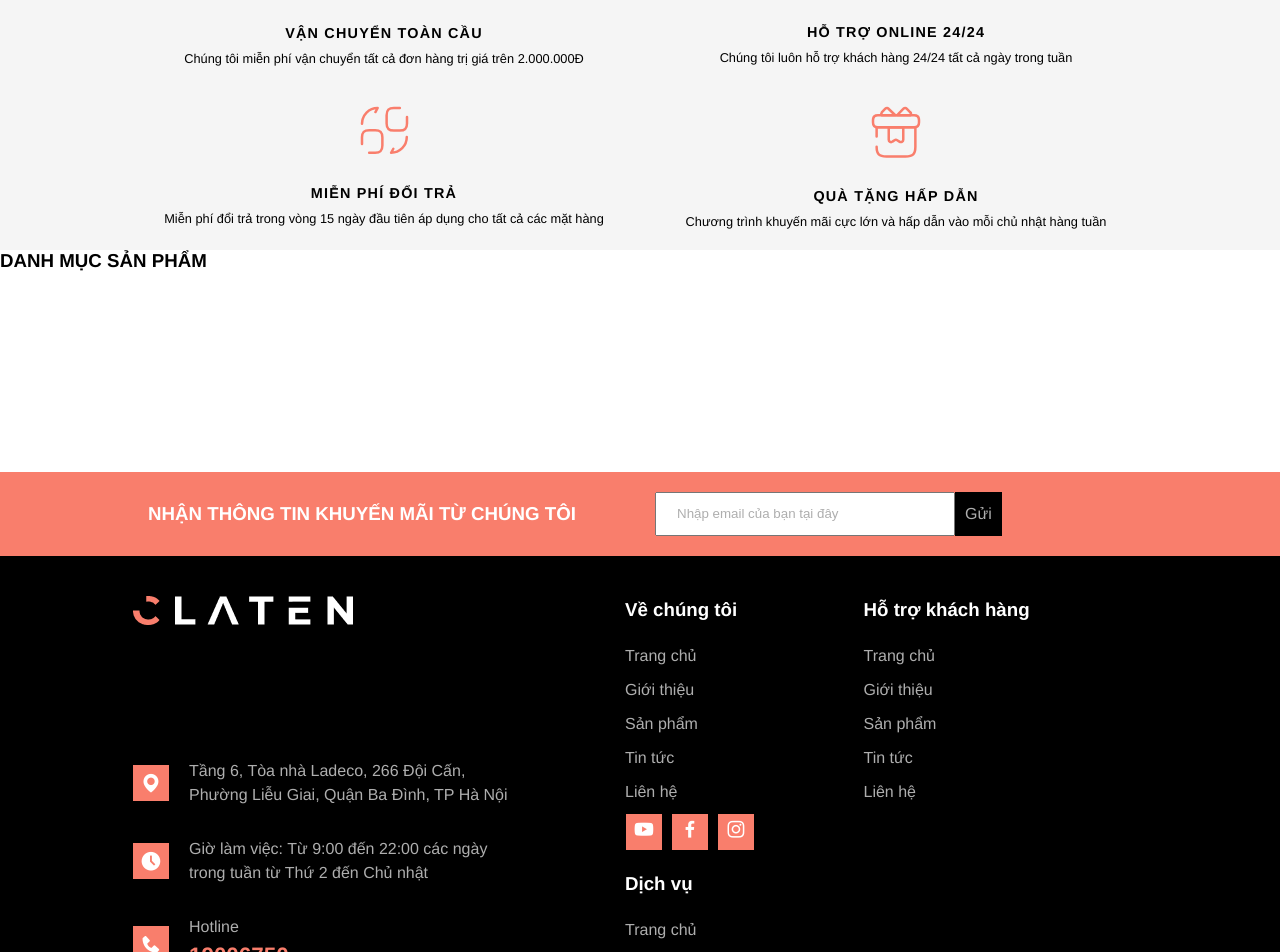
Repository: RennoPMXK/doan
Page: index.html
The author's editor kept a copy of each file at every save. The page is drawn from the files as they stood at one save, then again after the next save.
The browser window is 1280 px wide. The pictures show the part of the page from y = 645 to 1597 px (the page is 1743 px tall before and 1783 px after).

Above is the page before, as saved 2021-11-16 20:19:48.

### index.html
<!DOCTYPE html>
<html lang="en">
<head>
    <meta charset="UTF-8">
    <meta http-equiv="X-UA-Compatible" content="IE=edge">
    <meta name="viewport" content="width=device-width, initial-scale=1.0">
    <title>Document</title>
    <link rel="stylesheet" href="./grid.css">
    <link rel="stylesheet" href="./style.css">
    <link rel="stylesheet" href="./responsible.css">
    <link href='https://unpkg.com/boxicons@2.0.9/css/boxicons.min.css' rel='stylesheet'>
</head>
<body>
    <div class="navbar">
        <div class="navbar-wrapper">
            <a class="logo">
                <img src="./img/logo.png" alt="">
            </a>

            <div class="navbar-menu mobile-menu">
                <i class='bx bx-x mobile-close-icon'></i>
                <li class="navbar-menu-item"><a class = 'active' href="#">Trang chủ</a></li>
                <li class="navbar-menu-item"><a href="#">Giới thiệu</a></li>
                <li class="navbar-menu-item"><a href="#">Sản phẩm <i class='bx bxs-down-arrow navbar-menu-icon'></i></a>
                    <ul class="navbar-sub-menu">
                        <li class="navbar-sub-menu-item"><a href="">Đồng hồ nam</a></li>
                        <li class="navbar-sub-menu-item"><a href="">Đồng hồ nữ</a></li>
                        <li class="navbar-sub-menu-item"><a href="">Đồng hồ mới về</a></li>
                        <li class="navbar-sub-menu-item"><a href="">Phụ kiện nam</a></li>
                        <li class="navbar-sub-menu-item"><a href="">Phụ kiện nữ</a></li>
                    </ul>
                </li>
                <li class="navbar-menu-item"><a href="#">Tin tức</a></li>
                <li class="navbar-menu-item"><a href="#">Liên hệ</a></li>
            </div>

            <div class="navbar-icon">
                 <li class="navbar-icon-item"><a href=""><i class='bx bx-search-alt'></i></a></li>
                 <li class="navbar-icon-item"><a href=""><i class='bx bx-user'></i></a></li>
                 <li class="navbar-icon-item"><a href="#"><i class='bx bx-shopping-bag bx-tada ' ></i></a></li>
                 <li class="navbar-icon-item"><a href="#"><i class='bx bx-menu-alt-right menu-icon'></i></a></li>

            </div>
        </div>
        <div class="modal"></div>
    </div>

    <div class="hero-section">

             <div class="bgimg slide-item fade" style="background-image: url(./img/1a\(32\).jpg)">
                 <div class="caption">
                     <h2 class="top-down delay-2">
                        ĐỒNG HỒ ROLEX

                     </h2>

                     <p class="top-down delay-4">
                       Lorem ipsum dolor sit amet consectetur adipisicing elit. Aut eligendi voluptates enim tempora cupiditate ex minus aperiam impedit maxime nam. Sunt neque amet veniam vitae adipisci impedit aliquam officia hic.
                     </p>

                     <button class="top-down delay-6">
                         MUA NGAY
                     </button>
                 </div>

             </div>


             <div class="bgimg slide-item fade" style="background-image: url(./img/dong-ho-thoi-trang-rolex-banner.jpg)">
                <div class="caption">
                    <h2>
                        ĐỒNG HỒ ROLEX
                    </h2>

                    <p>
                        Lorem ipsum dolor sit amet consectetur adipisicing elit. Aut eligendi voluptates enim tempora cupiditate ex minus aperiam impedit maxime nam. Sunt neque amet veniam vitae adipisci impedit aliquam officia hic.
                    </p>

                    <button>
                        MUA NGAY
                    </button>
                </div>

             </div>


             <div class="bgimg slide-item fade" style="background-image: url(./img/Banchay_Longines_banner-1024x427.jpg)">
                <div class="caption">
                    <h2>
                        ĐỒNG HỒ ROLEX
                    </h2>

                    <p>
                        Lorem ipsum dolor sit amet consectetur adipisicing elit. Aut eligendi voluptates enim tempora cupiditate ex minus aperiam impedit maxime nam. Sunt neque amet veniam vitae adipisci impedit aliquam officia hic.
                    </p>

                    <button>
                        MUA NGAY
                    </button>
                </div>

             </div>


             <div class="slide-control">
                <div class="slide-control-wrapper">
                    <span class="dot" onclick="chooseSlide(0)"></span>
                    <span class="dot"  onclick="chooseSlide(1)"></span>
                    <span class="dot" onclick="chooseSlide(2)" ></span>

                </div>
             </div>

    </div>

    <div class="hero-section-mini ">
        <div class="container row">
            <div class="hero-section-mini-item col-3 col-md-6 col-sm-6">
                <img src="./img/icon_service_1.svg" alt="">
                 <h3>VẬN CHUYỂN TOÀN CẦU</h3>
                 <p>Chúng tôi miễn phí vận chuyển tất cả đơn hàng trị giá trên 2.000.000Đ</p>
            </div>

            <div class="hero-section-mini-item col-3 col-md-6 col-sm-6">
               <img src="./img/icon_service_2.svg" alt="">
                <h3>HỖ TRỢ ONLINE 24/24</h3>
                <p>Chúng tôi luôn hỗ trợ khách hàng 24/24 tất cả ngày trong tuần</p>
           </div>

           <div class="hero-section-mini-item col-3 col-md-6 col-sm-6">
               <img src="./img/icon_service_3.svg" alt="">
                <h3>MIỄN PHÍ ĐỔI TRẢ</h3>
                <p>Miễn phí đổi trả trong vòng 15 ngày đầu tiên áp dụng cho tất cả các mặt hàng</p>
           </div>

           <div class="hero-section-mini-item col-3 col-md-6 col-sm-6">
               <img src="./img/icon_service_4.svg" alt="">
                <h3>QUÀ TẶNG HẤP DẪN</h3>
                <p>Chương trình khuyến mãi cực lớn và hấp dẫn vào mỗi chủ nhật hàng tuần</p>
           </div>

        </div>
    </div>

    <section class="product-list">
        <div class="section-title">
            <h3>DANH MỤC SẢN PHẨM</h3>
            <div></div>
        </div>
    </section>

    <div class="footer">
        <div class="footer-contact">
            <div class="container">
                <div class= "footer-contact-content row">
                    <h3 class="col-6 col-md-6 col-sm-12">NHẬN THÔNG TIN KHUYẾN MÃI TỪ CHÚNG TÔI</h3>
                    <div class="form col-6 col-md-6 col-sm-12">
                        <input type="text" placeholder="Nhập email của bạn tại đây"><a href="">Gửi</a></input>

                    </div>

                </div>

            </div>

         </div>
        <div class="container">

            <div class="wrapper row ">
                <div class="footer-logo row col-5 col-md-6 col-sm-12">
                    <a class="footer-img">
                        <img src="./img/logo.png" alt="">
                    </a>

                    <ul class="footer-des">
                           <li class="footes-des-item">
                               <div class="footer-des-icon">
                                    <i class='bx bxs-map'></i>
                               </div>
                               <p>Tầng 6, Tòa nhà Ladeco, 266 Đội Cấn,<br> Phường Liễu Giai, Quận Ba Đình, TP Hà Nội</p>
                           </li>
                           <li class="footes-des-item">
                                <div class="footer-des-icon">
                                    <i class='bx bxs-time-five' ></i>
                                </div>
                               <p>Giờ làm việc: Từ 9:00 đến 22:00 các ngày <br>trong tuần từ Thứ 2 đến Chủ nhật</p>
                           </li>
                           <li class="footes-des-item">
                            <div class="footer-des-icon">
                                <i class='bx bxs-phone' ></i>
                             </div>
                               <p>Hotline<br>
                                   <span>19006750</span>
                               </p>
                           </li>
                    </ul>
                </div>

                <div class="footer-menu row col-7 col-md-6 col-sm-12">
                     <div class="footer-menu-item col-4 col-md-6 col-sm-12">
                         <h3>Về chúng tôi</h3>
                         <ul>
                            <li><a href="">Trang chủ</a></li>
                            <li><a href="">Giới thiệu</a></li>
                            <li><a href="">Sản phẩm</a></li>
                            <li><a href="">Tin tức</a></li>
                            <li><a href="">Liên hệ</a></li>
                         </ul>

                         <div class="footer-social">
                            <li><a href=""><i class='bx bxl-youtube' ></i></a></li>
                            <li><a href=""><i class='bx bxl-facebook' ></i></a></li>
                            <li><a href=""><i class='bx bxl-instagram' ></i></a></li>
                       </div>
                     </div>

                     <div class="footer-menu-item col-4 col-md-6 col-sm-12">
                        <h3>Hỗ trợ khách hàng</h3>
                        <ul>
                           <li><a href="">Trang chủ</a></li>
                           <li><a href="">Giới thiệu</a></li>
                           <li><a href="">Sản phẩm</a></li>
                           <li><a href="">Tin tức</a></li>
                           <li><a href="">Liên hệ</a></li>
                        </ul>
                    </div>

                    <div class="footer-menu-item col-4 col-md-6 col-sm-12">
                        <h3>Dịch vụ</h3>
                        <ul>
                           <li><a href="">Trang chủ</a></li>
                           <li><a href="">Giới thiệu</a></li>
                           <li><a href="">Sản phẩm</a></li>
                           <li><a href="">Tin tức</a></li>
                           <li><a href="">Liên hệ</a></li>
                        </ul>
                    </div>



                </div>


            </div>
        </div>
    </div>


    <script src="./app.js"></script>
</body>
</html>

### grid.css
.row {
    display: flex;
    flex-wrap: wrap;
    margin: 0 -15px;
}

[class*="col-"] {
    padding: 0 15px;
}

.col-1 {
    width: 8.33%;
}

.col-2 {
    width: 16.66%;
}

.col-3 {
    width: 25%;
}

.col-4 {
    width: 33.33%;
}

.col-5 {
    width: 41.66%;
}

.col-6 {
    width: 50%;
}

.col-7 {
    width: 58.33%;
}

.col-8 {
    width: 66.66%;
}

.col-9 {
    width: 75%;
}

.col-10 {
    width: 83.33%;
}

.col-11 {
    width: 91.66%;
}

.col-12 {
    width: 100%;
}

/* MEDIUM SCREEN */

@media only screen and (max-width: 1280px) {
    .col-md-1 {
        width: 8.33%;
    }

    .col-md-2 {
        width: 16.66%;
    }

    .col-md-3 {
        width: 25%;
    }

    .col-md-4 {
        width: 33.33%;
    }

    .col-md-5 {
        width: 41.66%;
    }

    .col-md-6 {
        width: 50%;
    }

    .col-md-7 {
        width: 58.33%;
    }

    .col-md-8 {
        width: 66.66%;
    }

    .col-md-9 {
        width: 75%;
    }

    .col-md-10 {
        width: 83.33%;
    }

    .col-md-11 {
        width: 91.66%;
    }

    .col-md-12 {
        width: 100%;
    }
}

/* SMALL SCREEN */

@media only screen and (max-width: 850px) {
    .col-sm-1 {
        width: 8.33%;
    }

    .col-sm-2 {
        width: 16.66%;
    }

    .col-sm-3 {
        width: 25%;
    }

    .col-sm-4 {
        width: 33.33%;
    }

    .col-sm-5 {
        width: 41.66%;
    }

    .col-sm-6 {
        width: 50%;
    }

    .col-sm-7 {
        width: 58.33%;
    }

    .col-sm-8 {
        width: 66.66%;
    }

    .col-sm-9 {
        width: 75%;
    }

    .col-sm-10 {
        width: 83.33%;
    }

    .col-sm-11 {
        width: 91.66%;
    }

    .col-sm-12 {
        width: 100%;
    }
}

### style.css
:root {
    --orangeprime : #F97E6C;
    --blackrgba : rgba(0, 0, 0, 0.945);
    --footer-color : #AEAEAE;
    --mini-hero-color : #f5f5f5;
}

html {
box-sizing: border-box;
}
*{
margin: 0;
padding: 0;
}
*,*:before,*:after {
box-sizing: border-box;
}
input,
textarea,
select,
button{
outline: none;
}
input{
line-height: normal;
}
label,
button{
cursor: pointer;
}
a {
text-decoration: none;

}
img {
display: block;

}

ul{
    list-style-type: none;
}

body {
    font-family: Montserrat,"Helvetica Neue",Helvetica;
}

span {
    color: var(--orangeprime);
    cursor: pointer;
    transition : all 0.3s linear;
    font-size: 1.4rem;
    font-weight: bold;
}

span:hover {
    color : white
}

li {
    list-style-type: none;
}

.container {
    margin : 0 auto;
    padding: 0 10%;
}
/* navbar */

.navbar {
    background-color: black;
    position: relative;

}

.navbar-wrapper {
   padding : 20px 0px;
   display: flex;
   align-items: center;
   justify-content: space-evenly;
}

.navbar-menu {
    display: flex;
    list-style-type: none;
}

.navbar-menu-icon {
    font-size: 0.5rem;
    transform: translateY(-2.5px);
    transition : 0.2s linear;
}

.navbar-menu-icon{
    transition: 0.2s ease-in-out;
}

.navbar-menu-icon.active {
    transform: rotate(-180deg);
}

.navbar-menu-item {
    position: relative;
}

.navbar-menu-item a.active {
    color: var(--orangeprime);
}

.navbar-menu-item ~ .navbar-menu-item {
    margin-left: 30px;
}

.navbar-menu-item a {
    color: white;
    font-size: 1rem;
    transition: 0.2s ease-in-out;
    letter-spacing: 1px;
}


.navbar-menu-item a:hover {
    color : var(--orangeprime);
}

.navbar-menu-item:nth-child(3) {
    position: relative;
}



.navbar-sub-menu{
    width: 150px;
    position: absolute;
    list-style-type: none;
    padding : 20px;
    background-color: var(--blackrgba);
    top: 30px;
    z-index: 100;
    display : none;
    transition: all 0.2s ease-in-out;
}


.navbar-menu-item:active .navbar-sub-menu {
    display : block;
    top: 30px;
}




.navbar-sub-menu-item {
   margin : 10px 0;
}

.navbar-sub-menu.active {
    display : block;
}

.navbar-sub-menu-item a {
    font-size: 0.8rem;
    letter-spacing: 1.2px;
}

.navbar-icon {
    display: flex;
    list-style-type: none;
}

.navbar-icon-item ~ .navbar-icon-item {
    margin-left: 25px;
}

.navbar-icon-item a {
    color : white;
    font-size: 1.5rem;
    transition: 0.2s ease-in-out;
}

.navbar-icon-item a:hover {
    color : var(--orangeprime);
}

.navbar-icon-item:last-child {
    display: none;
}

.mobile-close-icon {
    display: none;
}

/* section-hero */

.hero-section {
    position: relative;
    height: 70vh;
}


.bgimg {
    height: 100%;
    position: relative;
    background-position: center;
    background-repeat: no-repeat;
    background-size: cover;
    display: flex;
}

.bgimg::after {
    content : '\A';
    position : absolute;
    width: 100%;
    height : 100%;
    top: 0;
    left : 0;
    background-color: rgba(0, 0, 0, 0.8);
}

.caption {
    position: absolute;
    top: 48%;
    left: 25%;
    transform: translate(-50% , -50%) ;
    text-align: left;
    z-index: 10;
    width: 34.7%;
}

.caption h2 {
    line-height: 1.5;
    color: white;
    margin-bottom: 20px;
    text-transform: uppercase;
    font-size: 2.1rem;
    letter-spacing: 1.2px;
}

.caption p {
    text-align: left;
    color : white;
    font-size: 1.2rem;
    letter-spacing: 1.2px;
    line-height: 1.5;
}

.caption button {
    background-color: white;
    border: 1px solid  transparent;
    color : red;
    padding : 10px 40px;
    font-size: 16px;
    font-weight: bold;
    text-transform: uppercase;
    margin-top: 30px;
    transition : background-color 0.5s ease , color 0.5s ease , width 0.6s;
}

.caption button:hover {
    color : white;
    cursor: pointer;
    background-color:  red;
}

.caption button:focus {
    outline : none;
}

.dot {
    cursor: pointer;
    height: 10px;
    width: 10px;
    margin: 0 2px;
    background-color: white;
    border-radius: 5px;
    display: inline-block;
}

.dot:hover {
    background-color: red;
}

.dot.active {
    background-color: red;
    width: 30px;
}

.slide-control {
    position: absolute;
    left: 50%;
    transform : translateX(-50%);
    bottom: 20px;
    width: 10px;
    text-align: center;
}

.slide-control-wrapper{
    display: inline-flex;
}

.slide-item {
    display: none;
}


.top-down {
    transform: translateY(-50px);
    visibility: hidden;
    opacity: 0;
    transition: 0.5s ease-in-out ;
}

.delay-2 {
    transition-delay: 0.2s;
}

.delay-4 {
    transition-delay: 0.4s;
}


.delay-6 {
    transition-delay: 0.6s;
}


.delay-8 {
    transition-delay: 0.8s;
}

.slide-item.active .top-down{
    transform: translateY(0);
    visibility: visible;
    opacity: 1;
}

/* mini hero section */

.hero-section-mini{
   background-color: var(--mini-hero-color);
}

.hero-section-mini-item {
    display: flex;
    padding : 20px 30px;
    gap: 10px;
    flex-direction:column;
    align-items: center;
    text-align: center;
}

.hero-section-mini-item img {
    margin-bottom: 20px;
    transition: 0.3s linear;
}

.hero-section-mini-item:hover img {
    transform: translateY(-10px);
}

.hero-section-mini-item h3 {
   font-size: 0.9rem;
   letter-spacing: 1.2px;
}

.hero-section-mini-item p {
   font-size: 0.8rem;
   line-height: 1.2;
}
/* footer */
.footer {
    color: var(--footer-color);
    margin-top: 200px;
    background-color: black;
    line-height: 1.5;
}

.footer-contact {
    background-color: var(--orangeprime);


}

.footer-contact h3 {
  color :white;
}

.footer-contact-content {
    padding : 20px;
    display: flex;
    justify-content: space-around;
    align-items: center;
    flex-wrap: wrap;
}

.form input {
    padding: 10px 20px;
    width: 300px;
}

.form a {
    padding: 10px;
    background-color: black;
    color : white;
}

.form {
    display: flex;
    flex-wrap: nowrap;
}

::placeholder {
    color: var(--footer-color);
}

.footer a {
    color: var(--footer-color);
    transition : 0.3s linear;
}

.footer a:hover {
    color: var(--orangeprime);
}

.footer-menu h3 {
    margin-top: 20px;
    color : white;
    margin-bottom: 20px;
}

.wrapper {
    padding: 20px;
    position: relative;
}


.footes-des-item {
    margin-top: 30px;
    display : flex;
    align-items: center;
}

.footer-des-icon {
    display : flex;
    align-items: center;
    justify-content:center;
    width: 36px;
    height : 36px;
    background-color: var(--orangeprime);
    margin-right: 20px;
}

.footer-des-icon i {
    font-size: 1.4rem;
    color : white;

}


.footer-menu-item li {
    margin-top: 10px;
}

.footer-social {
    display : flex;
    transform: translateX(-9px);
}

.footer-img{
    margin-top: 20px;
}

.footer-social li  {
    display : flex;
    align-items: center;
    justify-content:center;
    text-align: center;
    margin-left: 10px;
    width: 36px;
    height : 36px;
    background-color: var(--orangeprime);
}

.footer-social li a {
   color : white;
   font-size: 1.4rem;
}

.footer-social li:hover a {
    color : white;
 }

 /* fade animation */

 .fade {
     animation-name: fade;
     animation-duration: 1s;
     -webkit-animation-name: fade;
     -webkit-animation-duration: 1s;
 }

 @keyframes fade {
     from { opacity: 0.4
    } to {
        opacity: 1
    }
 }

 @-webkit-keyframes fade {
    from { opacity: 0.4
   } to {
       opacity: 1
   }
}

### responsible.css


/* Tablet */

@media only screen and (max-width: 1024px){
   .navbar-menu {
       display: none;

   }

   .navbar-wrapper {
        justify-content: space-around;
   }


   .navbar-icon-item:last-child {
        display: block;
   }


   .navbar-menu {
    padding : 20px;
    width: 40vw;
    background-color: black;
    display: block;
    position: fixed;
    top: 60px;
    left: 0;
    height: 100vh;
    min-width: 300px;
}

    .navbar-menu-item {
        margin-left: 30px;
        padding: 20px;
    }

    .navbar-sub-menu{
        position: initial;
    }


    .mobile-menu {
        transform : translateX(-100%);
        transition: 0.4s ease-in-out;
        z-index: 100;
    }

    .mobile-menu.active {
        transform : translateX(0);
    }

    .modal {
        display: none;
        position: fixed;
        top: 0;
        bottom: 0;
        right: 0;
        left: 0;
        background-color: rgba(14, 13, 13, 0.6);
    }

    .modal.active {
        display : block
    }

    .mobile-close-icon {
        cursor: pointer;
        font-size: 1.5rem;
        display: block;
        color: white;
        position: absolute;
        top: 5px;
        right:10px;
    }


}


/* Mobile */

@media only screen and (max-width: 740px) {
  .logo img{
      height: 15px;
      transform: translateY(-9px);
  }

  .navbar-icon-item a {
    color : white;
    font-size: 1.2rem;
    transition: 0.2s ease-in-out;
  }

  .navbar-icon-item a:hover {
    color : white;
  }

  .caption {
      width: 40%;
      text-align: left;
  }

  .caption h2 {
      font-size: 1.8rem;
  }

  .caption p {
      font-size: 0.9rem;
  }

  .caption button {
      font-size: 0.8rem;
      width: 100%;

  }

}

Loaded but not shown: app.js (101 lines, source omitted)

After the next save:
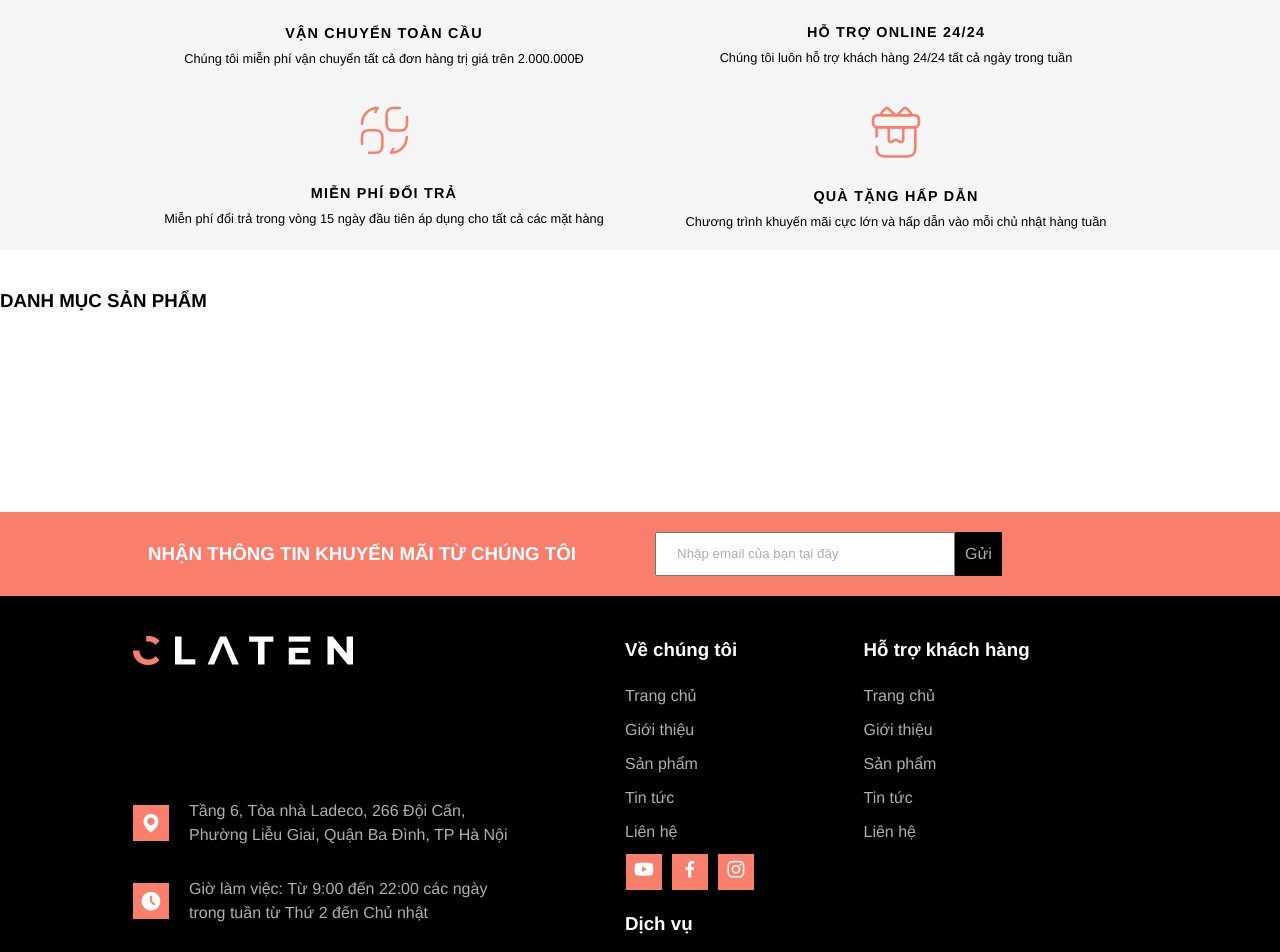
Saved 63 s later.
--- a/style.css
+++ b/style.css
@@ -59,6 +59,10 @@ span:hover {
 
 li {
     list-style-type: none;
+}
+
+section {
+    margin-top: 40px;
 }
 
 .container {
@@ -367,6 +371,12 @@ li {
    font-size: 0.8rem;
    line-height: 1.2;
 }
+
+/* product-list */
+
+
+
+
 /* footer */
 .footer {
     color: var(--footer-color);
